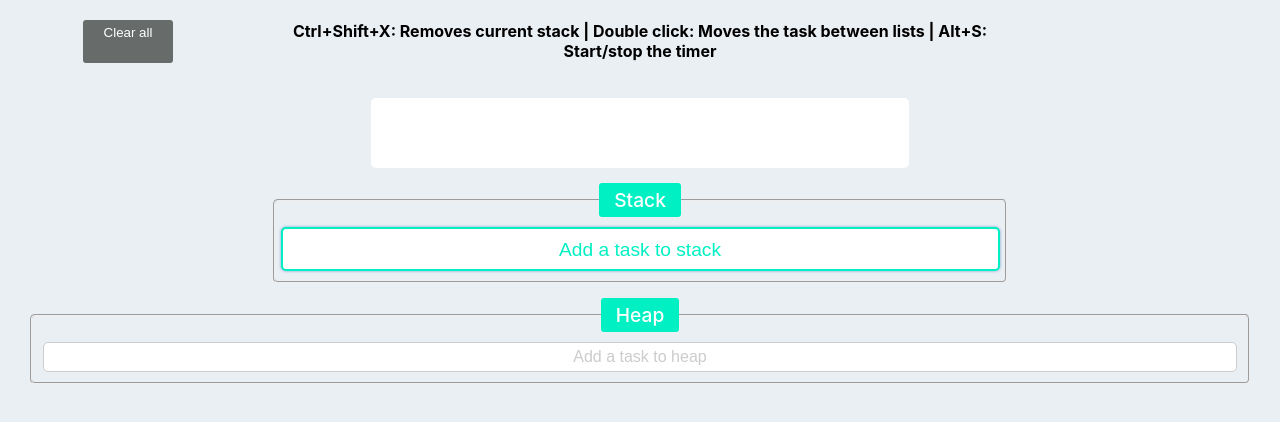
Repository: litalsh/meeting_v1
Page: /
These files come from the project's save history. The page is drawn as it stood at one moment and after the next save; the edit follows.
The browser window is 1280 px wide. The pictures show the whole page.
The project was rebuilt for these pictures with package versions that can differ from the ones it lists, and the page was loaded fresh each time. Also part of the build but not shown: src/Task.js.

Above is the page before, as saved 2020-12-13 19:19:38.

After the next save:
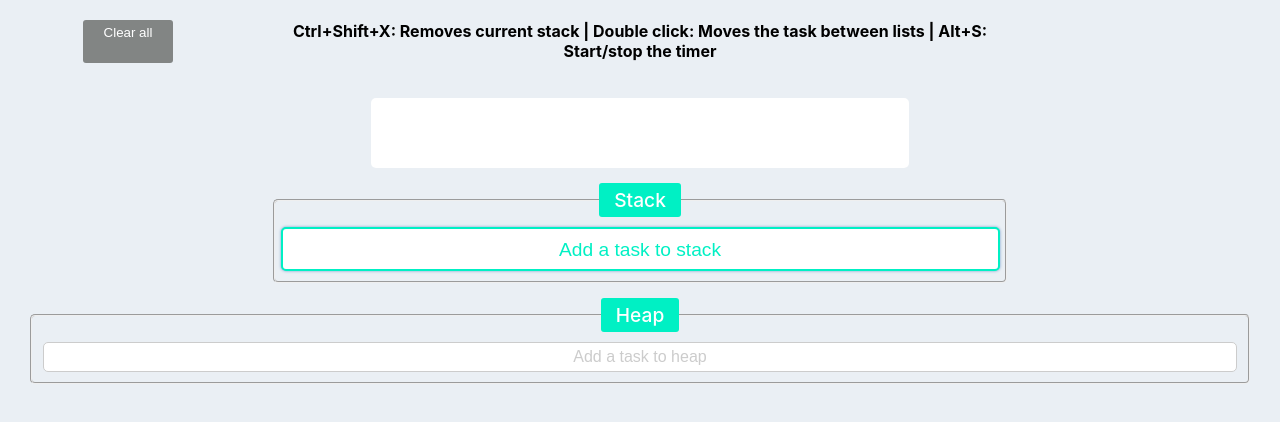
Saved 40 s later.
--- a/src/App.css
+++ b/src/App.css
@@ -159,7 +159,7 @@ li {
   margin: 20px auto;
   justify-content: center;
   border: none;
-  background-color: #676b6a;
+  background-color: #828584;
   padding: 5px 15px;
   color: #fff;
   border-radius: 3px;
